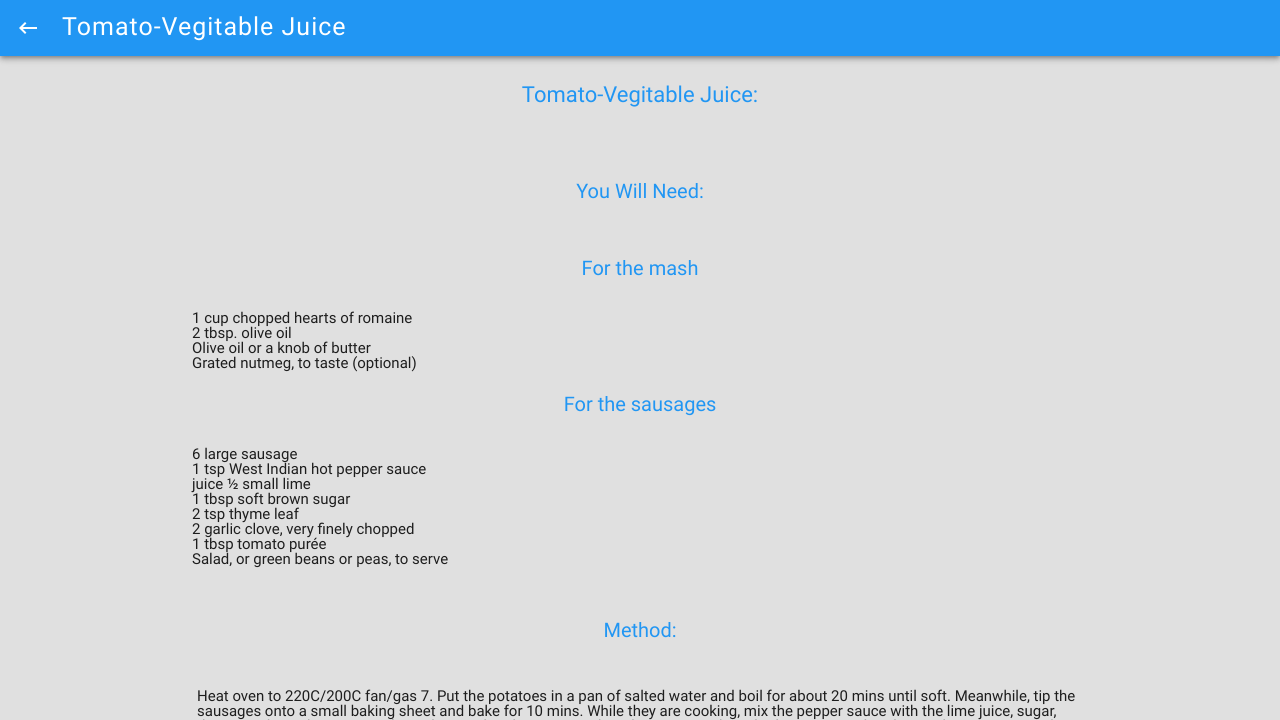
Repository: mattmoloney/vitae-2.0
Page: http://localhost/recipes/drink_recipies/drrecipie1.php
The author's editor kept a record of every edit. The page is drawn from the files as they stood at one moment, then again after the next edit.
The browser window is 1280 px wide. The pictures show the whole page.
An inner scrolling area shows only its first screen. The page is run by PHP 8.4 with error messages shown; the project is at /var/www/html/.

Above is the page before.

### recipes/drink_recipies/drrecipie1.php
<!DOCTYPE html>
<html xmlns="http://www.w3.org/1999/xhtml">

<head>
    <title>Vitae</title>
    <meta http-equiv="Content-Type" content="/html; charset=UTF-8" />
    <meta name="description" content="" />
    <meta name="keywords" content="" />
    <meta name='language' content='EN'>
    <meta name="viewport" content="width=device-width, initial-scale=1.0" />
    <link rel="icon" type="image/png" href="" />

    <link href="../../css/reset.css" rel="stylesheet" />
    <link href="https://fonts.googleapis.com/icon?family=Material+Icons" rel="stylesheet">
    <link href="https://fonts.googleapis.com/css?family=Montserrat|Oswald|Roboto" rel="stylesheet">

     <link href="../../css/materialize.min.css" rel="stylesheet" />
     <link href="../../css/style.css" rel="stylesheet" />
<?php
session_start();
?>
    </head>

    <body>

<div class="container-fluid">
    <div class="row headbar-container">
        <div class="headbar blue z-depth-2">
            <a href="../../drinksmenu.php" class="menu-icon"><i class="material-icons">keyboard_backspace</i></a>
            <div class="headtitle">Tomato-Vegitable Juice</div>
        </div>
    </div>
</div>


<div class="container">

                <h2>Tomato-Vegitable Juice:</h2>
                <br>
                <br>
                <h3>You Will Need:</h3>
                <br>
                <h3>For the mash</h3>
                <br>
                <ul id="ingredience">
                    <li>1 cup chopped hearts of romaine</li>
                    <li>2 tbsp. olive oil</li>
                    <li>Olive oil or a knob of butter</li>
                    <li>Grated nutmeg, to taste (optional)</li>
                </ul>
                <h3>For the sausages</h3>
                <br>
                <ul id="ingredience">
                     <li>6 large sausage</li>
                     <li>1 tsp West Indian hot pepper sauce</li>
                     <li>juice ½ small lime</li>
                     <li>1 tbsp soft brown sugar</li>
                     <li>2 tsp thyme leaf</li>
                     <li>2 garlic clove, very finely chopped</li>
                     <li>1 tbsp tomato purée</li>
                     <li>Salad, or green beans or peas, to serve</li>
                </ul>
                <br>
                <br>
                <h3>Method:</h3>
                <br>
                <br>
                <p>Heat oven to 220C/200C fan/gas 7. Put the potatoes in a pan of salted water and boil for about 20 mins until soft.
Meanwhile, tip the sausages onto a small baking sheet and bake for 10 mins. While they are cooking, mix the pepper sauce with the lime juice, sugar, thyme, garlic and tomato purée, and stir with 1 tbsp water. When the sausages have had 10-15 mins, brush over the spicy mix and bake for 10 mins more.
Drain the potatoes and mash with oil or butter, and nutmeg to taste, if you like. Serve with salad, or green beans or peas.
</p>

                     <a href="../../food.php"><input class="btn" type="submit" name="submit" value="Back to CookBook" style="margin-left: 6em; margin-bottom: 1em; margin-top: 2em;" /></a>

            </div> <!--container-->

    <script src="../../js/jquery-3.1.1.min.js"></script>
    <script type="text/javascript" src="../../js/materialize.min.js"></script>
</body>

</html>

### css/style.css
html,body
{
	transition: all 1s ease;
    width: 100%;
    height: 100%;
    margin: 0px;
    padding: 0px;
    overflow-x: hidden;
    background-color: #e0e0e0;
}

[type="radio"]:not(:checked), [type="radio"]:checked {
    position: relative;
    left: 0px;
    opacity: 1;
    margin-left:15px;
}

input, button, submit
{
  border:none;
  background  : none;
}

select {
    display: block!important;
    margin: 5px 0px;
}

h1{

    color: #2196F3;
    font-size: 30px;
    text-align: center;
}

h2{

    color: #2196F3;
    font-size: 22px;
    text-align: center;
}

h3 {

    color: #2196F3;
    font-size: 20px;
    text-align: center;
}

h4 {

    color: #000;
    font-size: 24px;
    text-align: left;
    padding-top: 15px;
    padding-left: 5px;
}

h5{

    color: #2196F3;
    font-size: 20px;
    text-align: left;
    padding-left: 5px;
}

p{

    padding-left: 5px;
}

.btn, .btn-large {
    background-color: #2196F3!important;
}

.nostyle {
	color: inherit;
	text-decoration: none;
}

.separator {
    height: 1px;
    width: 100%;
    background-color: #DDDDDD;
    margin : 15px 0px;
}

/**homepage**/

.menu-row {
    height: 140px;
}

.container-index {
    margin-top: 50px;
}

.blue-circle-left {
    border-radius: 50%;
	width: 75px;
	height: 75px;
    float: left;
    background-color: #2196F3;
}

.blue-circle-right {
    border-radius: 50%;
	width: 75px;
	height: 75px;
    float: right;
    background-color: #2196F3;
}

.icon-circle {
    color:white;
    margin-top: 0.4em;
    margin-left:0.45em;
    margin-right:auto;
    font-size: 40px;
}

.category-name {
    text-align: center;
    font-size: 22px;
    margin-top: 22px;
    color: #555555;

}

.menu-subgroup {
    width: 75px;
    margin-left: auto;
    margin-right: auto;
    display: block;
}

.btn-track-index {
    width: 100%;
    margin: 10px 0px;
}

/**cookbook**/

.menu-btn {
    width: 150px;
}

.container-food {

    margin-top: 50px;
}

.best_recipies {

    background-color: #fff;
    color: #DDD;
}


/******Topbar****/

.headbar-container {
    width:100%;
    margin:0;
    height:56px;
    z-index:90;
}


.headbar {
    width:100%;
    margin:0;
    height:56px;
    z-index:90;
    position: relative
}

.menu-icon {
    width:24px;
    font-size:48px;
    color:white;
    margin-left:16px;
    float: left;
}

.menu-icon-down {
    width:24px;
    font-size:48px;
    color:white;
    margin-top: 0.3em;
    margin-left:16px;
    float: left;
}

.headtitle {
    color:white;
    font-size: 25px;
    float: left;
    margin-left:22px;
    line-height: 54px;
    letter-spacing: 1px;
}

.menu-icon-share {
    width:24px;
    height:56px;
    font-size:48px;
    color:white;
    margin-right:16px;
    float: right;
}

.menu-icon-profile {
    width:24px;
    height:56px;
    font-size:48px;
    color:white;
    margin-right:16px;
    float: right;
}

.menu-icon-profile-down {
    width:24px;
    height:56px;
    font-size:48px;
    color:white;
    margin-top: 0.3em;
    margin-right:16px;
    float: right;
}

/******Profile page****/

.not-logged-p {
    margin-top:20px;
    font-size: 18px;
    line-height: 25px;
}

.sub-headbar {
    width:100%;
    margin-top:0px;
    height:42px;
    z-index:20;
}

.profile-name {
    color:white;
    font-size: 18px;
    float: left;
    margin-left:20px;
    line-height: 42px;
}

.profile-row h5 {
    font-size: 18px;
    margin-top: 15px;
    text-align: center;
    font-weight: 700;
    color: #212121;
}

.profile-photo {
    border-radius: 50%;
    margin-left:auto;
    margin-right:auto;
	width: 110px;
	height: 110px;
    background-color: #2196F3;
}

.profile-photo img{
	width: 100px;
	height: 100px;
    margin-top:5px;
}

.profile-infos {
    text-align: left;
    margin-top:20px;
}


.card-profile {
    display:block;
    width:100%;
    padding:20px;
}

.profile-title {
    font-weight: 700;
    font-size: 19px;
    margin-bottom: 15px;
    color: #212121;
}

.profile-othertitle{
    font-size: 17px;
    margin-bottom: 10px;
    color: #212121;
}

.profile-title a {
    float: right;
}

.profile-subtitle {
    margin-bottom: 5px;
}

.profile-link  {
    width: 100%;
}

.records-cont {
    margin-bottom: 12px;
    margin-left:7px;
}

.profile-save {
    width: 100%;
    margin-top: 10px;
}

.form-entry {
    margin: 10px 0px;
}

.select-img {
    margin-top: 20px;
    text-align:center;
}

.select-img img {
    height:80px;
    width:80px;
}



/******Register page****/

.form-register{

    width: 90%;
    margin-left: 1.5em;
    margin-top: 3em;
}

/******Login page****/


.login-form {
    margin-top: 20px;
}
.register-now-container {
    margin-top:30px;
}

/******trackers page****/
.container-weight {
}

.current-weight-title {
    text-align:center;
    font-weight: 700;
    font-size: 22px;
    margin-bottom:20px;
}

.actual-weight {
    color: #2196F3;
}

.weight-tl {
    width: 94%;
    margin-top: 30px;
    margin-left: 3%;
    margin-right: 3%;
    padding-bottom:0px;
    text-align:center;
}

.weight-lines {
    text-align:center;
}

.weight-line {
    font-size: 18px;
    margin-bottom: 15px;
}

.current-sleep-title {
    font-weight:700;
    font-size: 22px;
    margin-bottom:15px;
}

.current-sleep-subtitle {
    font-size: 18px;
    margin-bottom:15px;
}


.sleep-btn{
    margin-top: 20px;
}


/******sports page****/
.sport-submit {
    margin-left: auto;
    margin-right:auto;
    display:block;
}
.input-group {
    margin: 10px 0px;
}

.form-sport{

    width: 90%;
    margin-left: 1.5em;
}

.activities-sport {
    margin-top:20px;
}

.sport-tl-firstline {
    font-size: 16px;
    margin-bottom: 10px;
}

.sport-tl-secondline {
    font-size: 14px;
}

Loaded but not shown: css/reset.css (common file); css/materialize.min.css (library); js/jquery-3.1.1.min.js (library); js/materialize.min.js (library)

After the next edit:
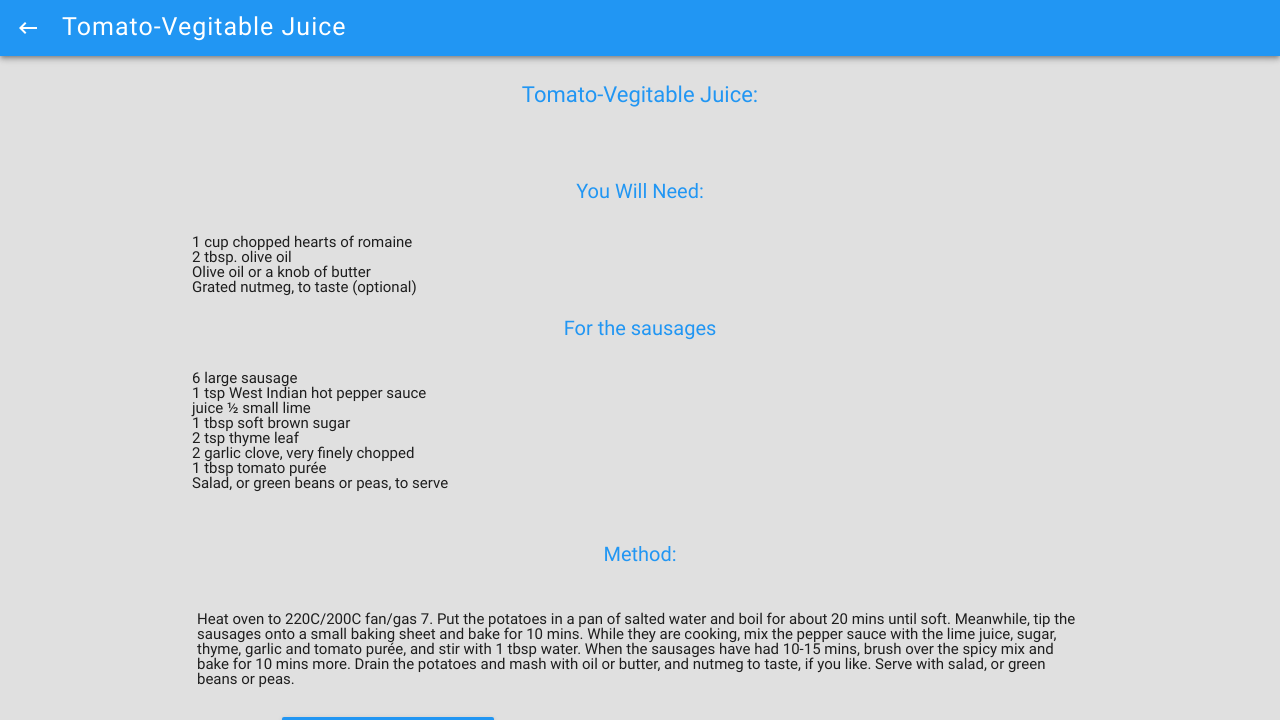
The edit:
--- a/recipes/drink_recipies/drrecipie1.php
+++ b/recipes/drink_recipies/drrecipie1.php
@@ -40,8 +40,6 @@
                 <br>
                 <h3>You Will Need:</h3>
                 <br>
-                <h3>For the mash</h3>
-                <br>
                 <ul id="ingredience">
                     <li>1 cup chopped hearts of romaine</li>
                     <li>2 tbsp. olive oil</li>
